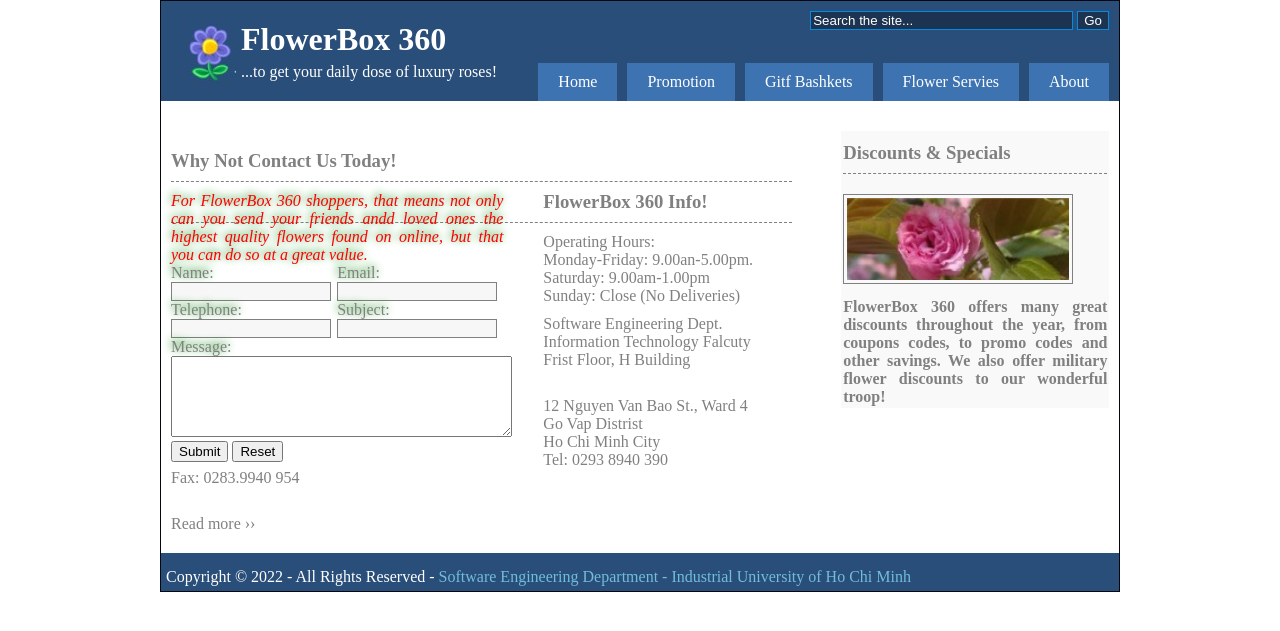
Repository: duongtheng/bai-tap-tuan-6
Page: html/index.html
These files come from the project's save history. The page is drawn as it stood at one moment and after the next save; the edit follows.
The browser window is 1280 px wide. The pictures show the whole page.

Above is the page before, as saved 2022-03-23 14:18:12.

### html/index.html
<!DOCTYPE html>
<html lang="en">
<head>
    <meta charset="UTF-8">
    <meta http-equiv="X-UA-Compatible" content="IE=edge">
    <meta name="viewport" content="width=device-width, initial-scale=1.0">
    <title>Tuan 06</title>
    <link rel="stylesheet" href="../css/style.css">
</head>
<body>
    <header>
        <img src="../img/logo.jpg" alt="">
        <h1>FlowerBox 360</h1>
        <p>...to get your daily dose of luxury roses!</p>
        <form action="">
            <input type="search" id="txtSearch" placeholder="Search the site..." size="30">
            <button>Go</button>
        </form>
        <ul class="menu-parent">
            <li><a href="">Home</a></li>
            <li><a href="">Promotion</a></li>
            <li><a href="">Gitf Bashkets</a></li>
            <li><a href="">Flower Servies</a>
                <ul class="menu-child">
                    <li><a href="">Flower for Wedding</a></li>
                    <li><a href="">Flower for Conference</a></li>
                </ul>
            </li>
            <li><a href="">About</a></li>
        </ul>
    </header>
    <section>
        <h3>Why Not Contact Us Today!</h3>
        <form action="">
            <p><i>For FlowerBox 360 shoppers, that means not only can you send your friends andd loved ones
                the highest quality flowers found on online, but that you can do so at a great value.
            </i></p>
            <div class="form-row">
                <div class="form-col">
                    <label for="txtName">Name: </label>
                    <input type="text" id="txtName">
                </div>
                <div class="form-col">
                    <label for="txtEmail">Email: </label>
                    <input type="email" id="txtEmail">
                </div>
            </div>
            <div class="form-row">
                <div class="form-col">
                    <label for="txtName">Telephone: </label>
                    <input type="text" id="txtName">
                </div>
                <div class="form-col">
                    <label for="txtEmail">Subject: </label>
                    <input type="email" id="txtEmail">
                </div>
            </div>
            <div class="form-row">
                <label for="txtMessage">Message: </label>
                <textarea id="txtMessage" cols="40" rows="5"></textarea>
            </div>
            <div class="form-row">
                <button type="submit">Submit </button>
                <button type="reset">Reset </button>
            </div>
        </form>

    <div id="section-right">
        <h3>FlowerBox 360 Info!</h3>
        <p>
            Operating Hours: <br> Monday-Friday: 9.00an-5.00pm. <br> Saturday: 9.00am-1.00pm <br> Sunday: Close (No Deliveries) <br>
        </p>
        <p>
            Software Engineering Dept. <br> Information Technology Falcuty <br> Frist Floor, H Building <br><br>
        </p>
        <p>
            12 Nguyen Van Bao St., Ward 4 <br> Go Vap Distrist <br> Ho Chi Minh City <br> Tel: 0293 8940 390 <br> Fax: 0283.9940 954
        </p>
        <br>
        <p>Read more &#155;&#155;</p>
    </div>
    </section>
    <aside>
        <h3>Discounts & Specials</h3>
        <img src="../img/flower.jpg" alt="">
        <p>
            FlowerBox 360 offers many great discounts throughout the year, from coupons codes, to promo codes and other savings.
            We also offer military flower discounts to our wonderful troop!
        </p>
    </aside>
    <footer>
        <p>
            <span style="color: white;">Copyright &copy; 2022 - All Rights Reserved - </span>
            <span style="color: rgb(114, 189, 219);">Software Engineering Department - Industrial University of Ho Chi Minh </span>
        </p>
    </footer>
</body>
</html>

### css/style.css
*{
    margin: 0 auto;
    box-sizing: border-box;
}

body{
    width: 960px;
    border: 1px solid rgb(6, 6, 14);
    color: gray;
}

header{
    height: 100px;
    background-color: #294e79;
    position: relative;
    color: white;
}

header img{
    position: absolute;
    top: 20px;
    left: 20px;
}

header h1{
    position: absolute;
    top: 20px;
    left: 80px;
}

header p{
    position: absolute;
    bottom: 20px;
    left: 80px;
}

header form{
    position: absolute;
    top: 10px;
    right: 10px;
}

.menu-parent{
    position: absolute;
    right: 10px;
    bottom: 0;
    display: flex;
    list-style: none;
}

.menu-parent a{
    color: white;
    padding: 10px 20px;
    display: block;
    text-decoration: none;
    background-color: #3d73b1;
    margin-left: 10px;
}

.menu-parent a:hover{
    color: rgb(63, 63, 139);
}

.menu-child{
    display: none;
}

.menu-parent li:hover .menu-child{
    display: block;
    position: absolute;
    margin-left: -40px;
}

header input,
header button{
    background-color: #1c3451;
    border: 1px solid #058bde;
}

header input::-webkit-input-placeholder,
header button{
    color: white;
}

section{
    width: 70%;
    float: left;
    padding: 40px 40px 20px 10px;
}

section form{
    width: 60%;
    float: left;
    padding-right: 40px;
    text-shadow: green -1px -2px 0.5em;
}

section input{
    width: 160px;
    background-color: #f7f7f7;
    border: 1px solid gray;
}

section area{
    background-color: #f7f7f7;
    border: 1px solid gray;
}

section form p:first-child{
    color: red;
    text-shadow: 4px 4px 4px 5px green;
}

.section-right{
    width: 40%;
    float: right;
}

.form-col{
    width: 50%;
    float: left;
}

.form-row{
    clear: both;
    float: left;
}

aside{
    width: 28%;
    float: right;
    margin: 30px 1%;
    background-color: #f9f9f9;
    padding: 2px;
}

aside img{
    width: 230px;
    margin-top: 20px;
    border: 1px solid gray;
    padding: 3px;
}

p{
    margin-top: 10px;
    text-align: justify;
}

aside p:last-child{
    font-weight: bold;
    float: right;
}

h3{
    border-bottom: 1px dashed gray;
    line-height: 40px;
}

footer{
    clear: both;
    background-color: #294e79;
    padding: 5px;
}

After the next save:
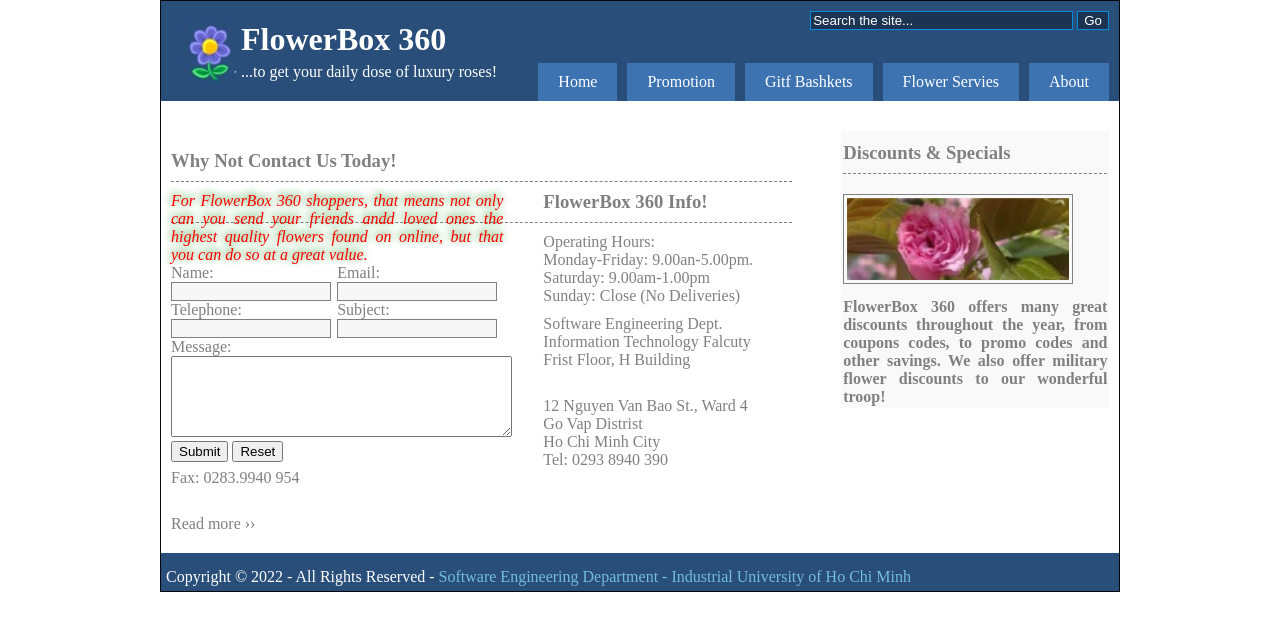
Saved 37 s later.
--- a/css/style.css
+++ b/css/style.css
@@ -92,6 +92,9 @@ section form{
     width: 60%;
     float: left;
     padding-right: 40px;
+}
+
+section form p{
     text-shadow: green -1px -2px 0.5em;
 }
 
